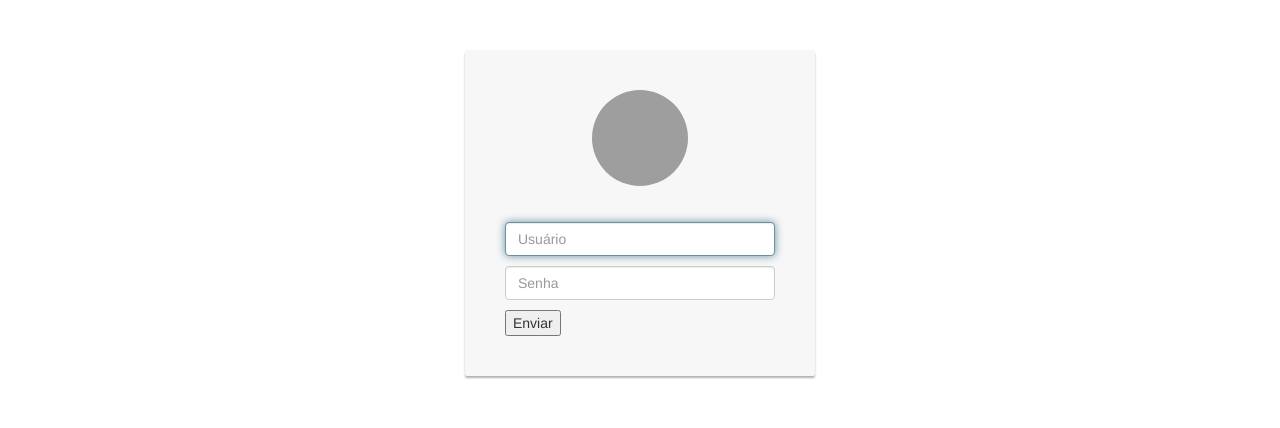
Repository: JacksonPassos/JAAS
Page: http://localhost/gerenciador/user/allowed.jsp
The author's editor kept a copy of each file at every save. The page is drawn from the files as they stood at one save, then again after the next save.
The browser window is 1280 px wide. The pictures show the whole page.
Pictures or frames that could not be fetched are drawn as grey boxes. The page is served by Tomcat 9.

Above is the page before, as saved 2017-05-16 21:29:50.
Console error: ReferenceError: $ is not defined

### gerenciador/WebContent/jsp/login.jsp
<%@ page language="java" contentType="text/html; charset=ISO-8859-1"
    pageEncoding="ISO-8859-1"%>
<!DOCTYPE html PUBLIC "-//W3C//DTD HTML 4.01 Transitional//EN" "http://www.w3.org/TR/html4/loose.dtd">
<html>
<head>
<meta http-equiv="Content-Type" content="text/html; charset=UTF-8">
<link rel="stylesheet" type="text/css" href="../bootstrap/css/bootstrap.min.css">
<style type="text/css">
/*
 * Specific styles of signin component
 */
/*
 * General styles
 */
body, html {
    height: 100%;
    background-repeat: no-repeat;

}

.card-container.card {
    max-width: 350px;
    padding: 40px 40px;
}

.btn {
    font-weight: 700;
    height: 36px;
    -moz-user-select: none;
    -webkit-user-select: none;
    user-select: none;
    cursor: default;
}

/*
 * Card component
 */
.card {
    background-color: #F7F7F7;
    /* just in case there no content*/
    padding: 20px 25px 30px;
    margin: 0 auto 25px;
    margin-top: 50px;
    /* shadows and rounded borders */
    -moz-border-radius: 2px;
    -webkit-border-radius: 2px;
    border-radius: 2px;
    -moz-box-shadow: 0px 2px 2px rgba(0, 0, 0, 0.3);
    -webkit-box-shadow: 0px 2px 2px rgba(0, 0, 0, 0.3);
    box-shadow: 0px 2px 2px rgba(0, 0, 0, 0.3);
}

.profile-img-card {
    width: 96px;
    height: 96px;
    margin: 0 auto 10px;
    display: block;
    -moz-border-radius: 50%;
    -webkit-border-radius: 50%;
    border-radius: 50%;
}

/*
 * Form styles
 */
.profile-name-card {
    font-size: 16px;
    font-weight: bold;
    text-align: center;
    margin: 10px 0 0;
    min-height: 1em;
}

.reauth-email {
    display: block;
    color: #404040;
    line-height: 2;
    margin-bottom: 10px;
    font-size: 14px;
    text-align: center;
    overflow: hidden;
    text-overflow: ellipsis;
    white-space: nowrap;
    -moz-box-sizing: border-box;
    -webkit-box-sizing: border-box;
    box-sizing: border-box;
}

.form-signin #inputEmail,
.form-signin #inputPassword {
    direction: ltr;
    height: 44px;
    font-size: 16px;
}

.form-signin input[type=email],
.form-signin input[type=password],
.form-signin input[type=text],
.form-signin button {
    width: 100%;
    display: block;
    margin-bottom: 10px;
    z-index: 1;
    position: relative;
    -moz-box-sizing: border-box;
    -webkit-box-sizing: border-box;
    box-sizing: border-box;
}

.form-signin .form-control:focus {
    border-color: rgb(104, 145, 162);
    outline: 0;
    -webkit-box-shadow: inset 0 1px 1px rgba(0,0,0,.075),0 0 8px rgb(104, 145, 162);
    box-shadow: inset 0 1px 1px rgba(0,0,0,.075),0 0 8px rgb(104, 145, 162);
}

.btn.btn-signin {
    /*background-color: #4d90fe; */
    background-color: rgb(104, 145, 162);
    /* background-color: linear-gradient(rgb(104, 145, 162), rgb(12, 97, 33));*/
    padding: 0px;
    font-weight: 700;
    font-size: 14px;
    height: 36px;
    -moz-border-radius: 3px;
    -webkit-border-radius: 3px;
    border-radius: 3px;
    border: none;
    -o-transition: all 0.218s;
    -moz-transition: all 0.218s;
    -webkit-transition: all 0.218s;
    transition: all 0.218s;
}

.btn.btn-signin:hover,
.btn.btn-signin:active,
.btn.btn-signin:focus {
    background-color: rgb(12, 97, 33);
}

.forgot-password {
    color: rgb(104, 145, 162);
}

.forgot-password:hover,
.forgot-password:active,
.forgot-password:focus{
    color: rgb(12, 97, 33);
}
</style>
<script type="text/javascript">
$( document ).ready(function() {
    // DOM ready

    // Test data
    /*
     * To test the script you should discomment the function
     * testLocalStorageData and refresh the page. The function
     * will load some test data and the loadProfile
     * will do the changes in the UI
     */
    // testLocalStorageData();
    // Load profile if it exits
    loadProfile();
});

/**
 * Function that gets the data of the profile in case
 * thar it has already saved in localstorage. Only the
 * UI will be update in case that all data is available
 *
 * A not existing key in localstorage return null
 *
 */
function getLocalProfile(callback){
    var profileImgSrc      = localStorage.getItem("PROFILE_IMG_SRC");
    var profileName        = localStorage.getItem("PROFILE_NAME");
    var profileReAuthEmail = localStorage.getItem("PROFILE_REAUTH_EMAIL");

    if(profileName !== null
            && profileReAuthEmail !== null
            && profileImgSrc !== null) {
        callback(profileImgSrc, profileName, profileReAuthEmail);
    }
}

/**
 * Main function that load the profile if exists
 * in localstorage
 */
function loadProfile() {
    if(!supportsHTML5Storage()) { return false; }
    // we have to provide to the callback the basic
    // information to set the profile
    getLocalProfile(function(profileImgSrc, profileName, profileReAuthEmail) {
        //changes in the UI
        $("#profile-img").attr("src",profileImgSrc);
        $("#profile-name").html(profileName);
        $("#reauth-email").html(profileReAuthEmail);
        $("#inputEmail").hide();
        $("#remember").hide();
    });
}

/**
 * function that checks if the browser supports HTML5
 * local storage
 *
 * @returns {boolean}
 */
function supportsHTML5Storage() {
    try {
        return 'localStorage' in window && window['localStorage'] !== null;
    } catch (e) {
        return false;
    }
}

/**
 * Test data. This data will be safe by the web app
 * in the first successful login of a auth user.
 * To Test the scripts, delete the localstorage data
 * and comment this call.
 *
 * @returns {boolean}
 */
function testLocalStorageData() {
    if(!supportsHTML5Storage()) { return false; }
    localStorage.setItem("PROFILE_IMG_SRC", "//lh3.googleusercontent.com/-6V8xOA6M7BA/AAAAAAAAAAI/AAAAAAAAAAA/rzlHcD0KYwo/photo.jpg?sz=120" );
    localStorage.setItem("PROFILE_NAME", "César Izquierdo Tello");
    localStorage.setItem("PROFILE_REAUTH_EMAIL", "oneaccount@gmail.com");
}

</script>

<title>Login</title>
</head>
<body>

 <div class="container">
        <div class="card card-container">
            <!-- <img class="profile-img-card" src="//lh3.googleusercontent.com/-6V8xOA6M7BA/AAAAAAAAAAI/AAAAAAAAAAA/rzlHcD0KYwo/photo.jpg?sz=120" alt="" /> -->
            <img id="profile-img" class="profile-img-card" src="//ssl.gstatic.com/accounts/ui/avatar_2x.png" />
            <p id="profile-name" class="profile-name-card"></p>

            <form class="form-signin" action="j_security_check" method="post">
                <span id="reauth-email" class="reauth-email"></span>
                <input id="j_username" name="j_username" type="text" class="form-control" placeholder="Usuário" required autofocus>
                <input id="j_password" name="j_password" type="password" class="form-control" placeholder="Senha" required>
               	<input type="submit" value="Enviar">
            </form><!-- /form -->
        </div><!-- /card-container -->
    </div><!-- /container -->
</body>
</html>

Loaded but not shown: gerenciador/WebContent/bootstrap/css/bootstrap.min.css (library)

After the next save:
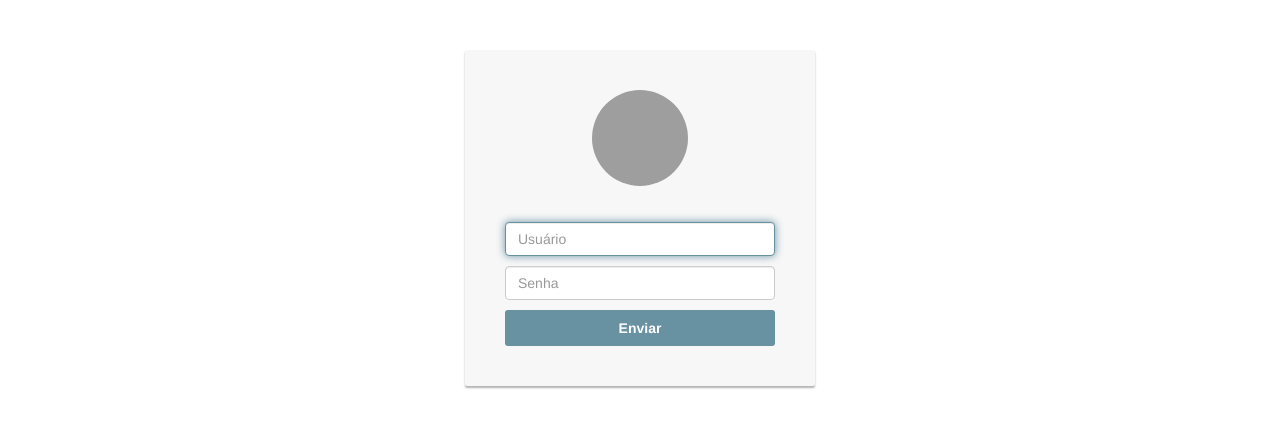
Saved 11 s later.
--- a/gerenciador/WebContent/jsp/login.jsp
+++ b/gerenciador/WebContent/jsp/login.jsp
@@ -247,7 +247,7 @@ function testLocalStorageData() {
                 <span id="reauth-email" class="reauth-email"></span>
                 <input id="j_username" name="j_username" type="text" class="form-control" placeholder="Usuário" required autofocus>
                 <input id="j_password" name="j_password" type="password" class="form-control" placeholder="Senha" required>
-               	<input type="submit" value="Enviar">
+               	<input class="btn btn-lg btn-primary btn-block btn-signin" type="submit" value="Enviar">
             </form><!-- /form -->
         </div><!-- /card-container -->
     </div><!-- /container -->
